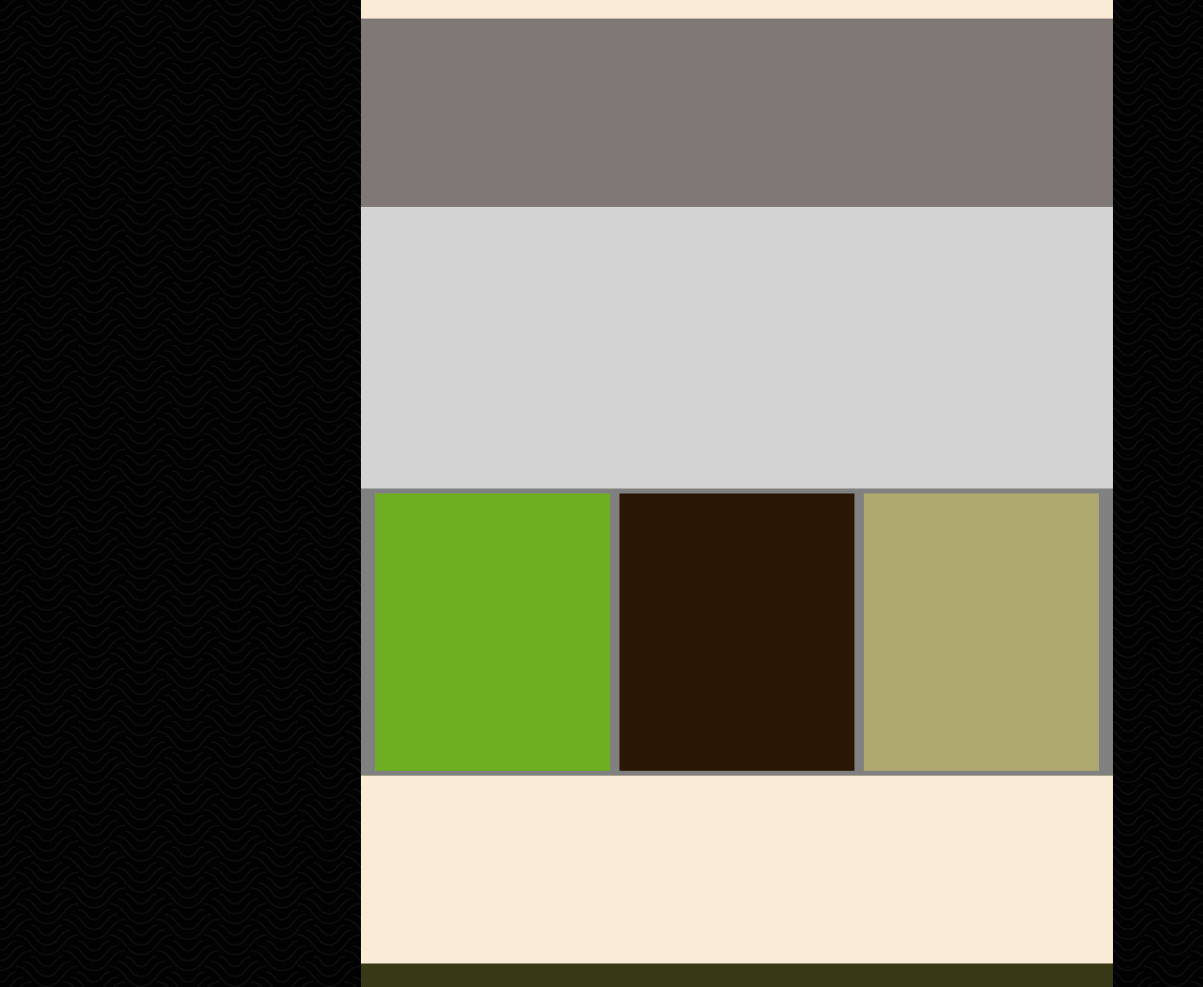
Repository: roge64/htmlfrontend
Page: index.html
The author's editor kept a copy of each file at every save. The page is drawn from the files as they stood at one save, then again after the next save.
The browser window is 1280 px wide. The pictures show the whole page, at 94% of full size.

Above is the page before, as saved 2022-03-02 12:30:44.

After the next save:
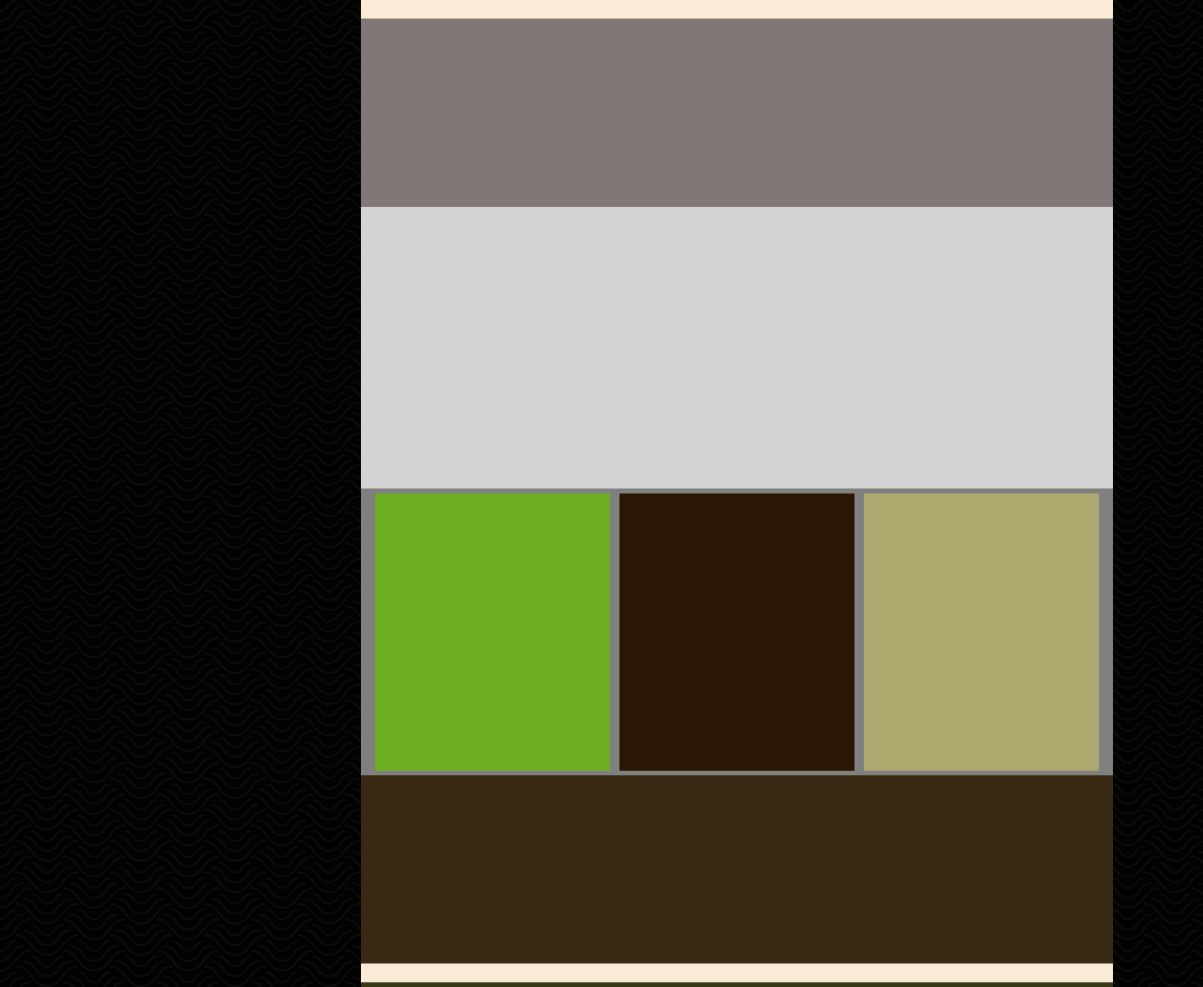
Saved 2 min 20 s later.
--- a/estilos/estilos.css
+++ b/estilos/estilos.css
@@ -49,10 +49,16 @@
     text-align: center;
 }
 
+#marcas{
+    background-color:rgb(58, 41, 18);
+    height: 200px;
+}
+
+
 footer{
     background-color:antiquewhite;
 
-    height: 200px;
+    height: 20px;
 }
 
 #tienda #cake1{
